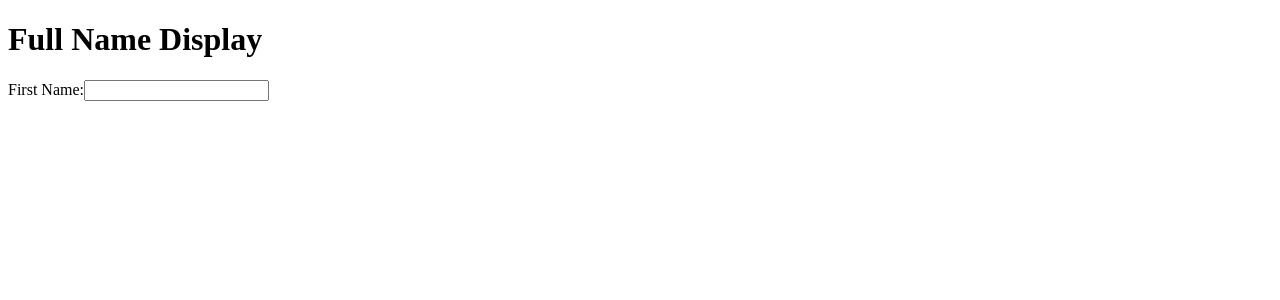
Repository: rajratangm/NameForm
Page: / (app in nameform/)
The author's editor kept a copy of each file at every save. The page is drawn from the files as they stood at one save, then again after the next save.
The browser window is 1280 px wide. The pictures show the whole page.
The project was rebuilt for these pictures with package versions that can differ from the ones it lists, and the page was loaded fresh each time. Also part of the build but not shown: nameform/vite.config.js.

Above is the page before, as saved 2024-04-02 16:25:48.

After the next save:
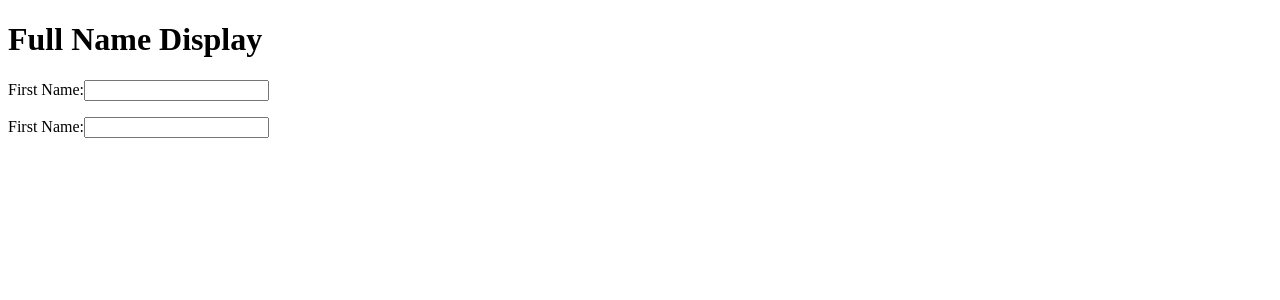
Saved 12 s later.
--- a/nameform/src/App.jsx
+++ b/nameform/src/App.jsx
@@ -10,6 +10,7 @@ function App() {
     <>
     <h1>Full Name Display</h1>
     <p>First Name:<input></input></p>
+    <p>First Name:<input></input></p>
 
 
 
